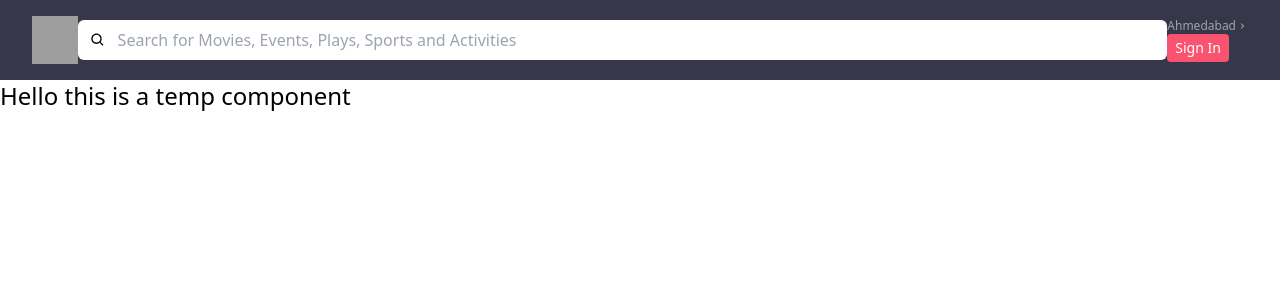
Repository: srush-shah/book-my-show-clone
Page: /
An editor plug-in stored every save of this project. The page is shown before and after a run of saves, followed by the edit.
The browser window is 1280 px wide. The pictures show the whole page.
Pictures or frames that could not be fetched are drawn as grey boxes. The project was rebuilt for these pictures with package versions that can differ from the ones it lists, and the page was loaded fresh each time.

Above is the page before, as saved 2022-11-23 02:31:06.

After the next 3 saves:
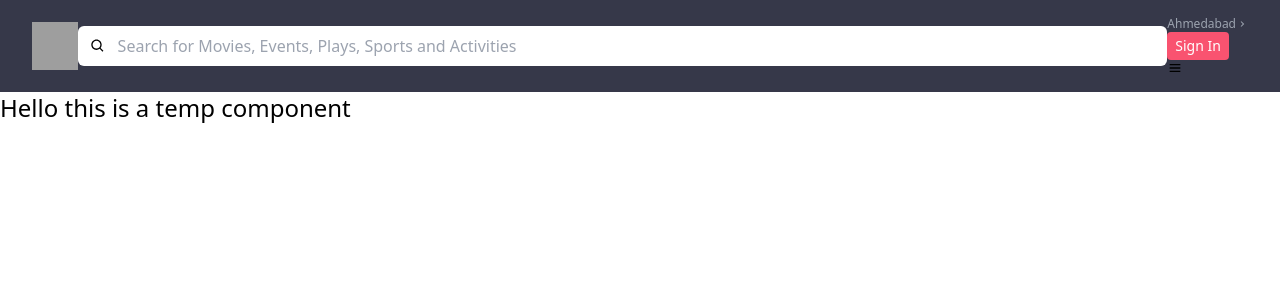
The 3 saves are shown as one change because they came seconds apart.
The last was saved 33 s later.
--- a/src/components/Navbar/navbar.component.jsx
+++ b/src/components/Navbar/navbar.component.jsx
@@ -58,6 +58,9 @@ const NavLg = () => {
           <button className="bg-bmsRed-300 text-white px-2 py-1 text-sm rounded">
             Sign In
           </button>
+          <div>
+            <BiMenu />
+          </div>
         </div>
       </div>
     </>
